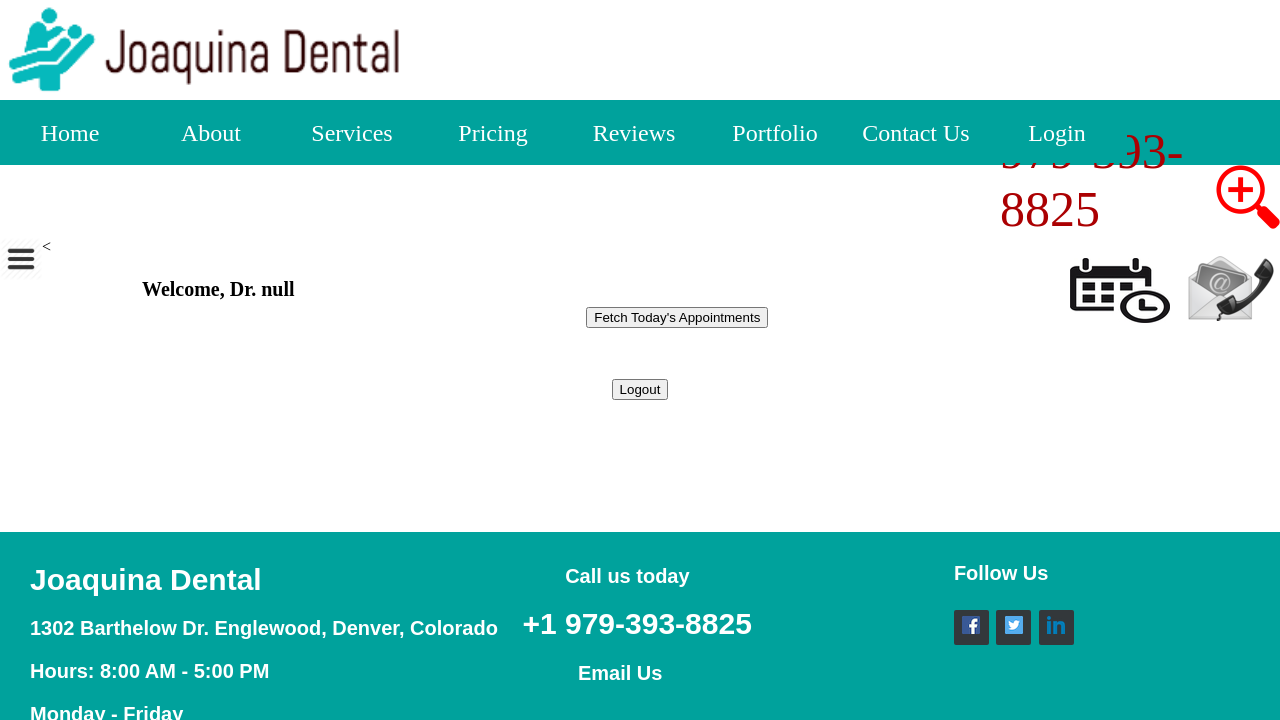
Repository: ManjushaBolishetty/test
Page: http://localhost/test/DentistHomePage.jsp
An editor plug-in stored every save of this project. The page is shown before and after the next save, followed by the edit.
The browser window is 1280 px wide. The pictures show the whole page.
The page is served by Tomcat 9.

Above is the page before, as saved 2016-04-03 16:28:41.
Console error: TypeError: document.ready is not a function

After the next save:
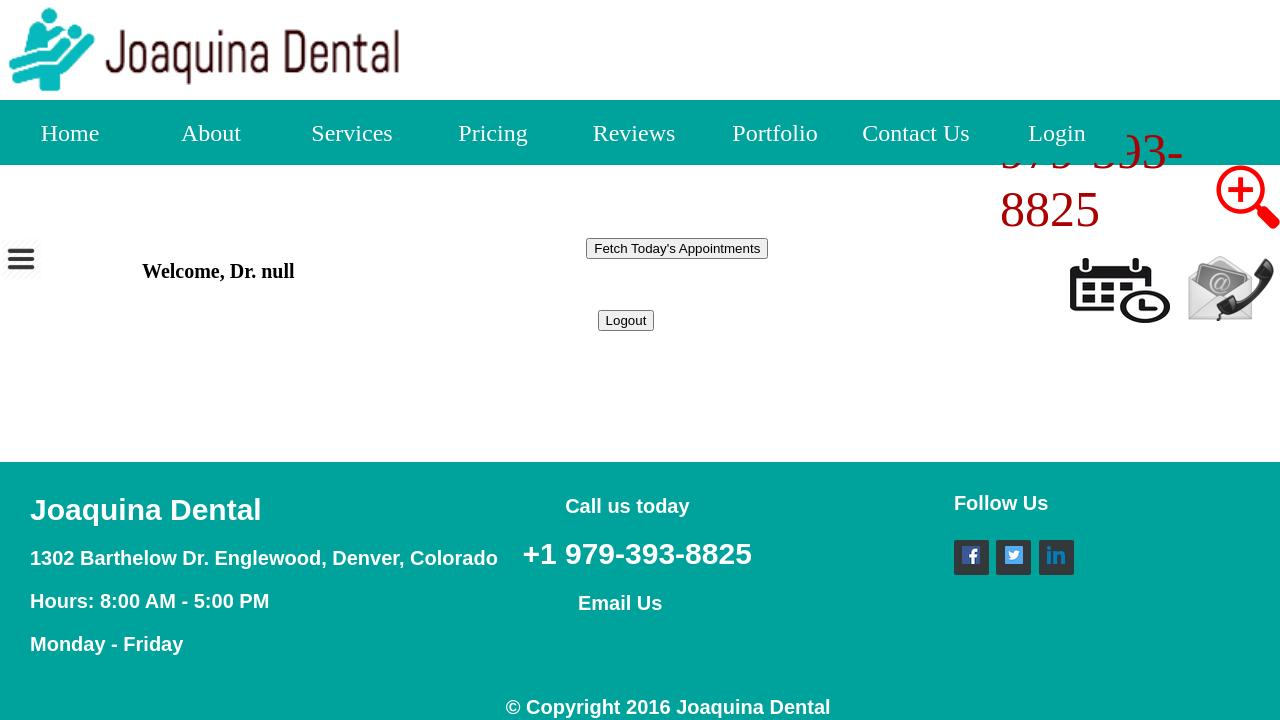
Saved 18 s later.
--- a/test/WebContent/DentistHomePage.jsp
+++ b/test/WebContent/DentistHomePage.jsp
@@ -9,7 +9,7 @@
 	<meta name="viewport" content="width=device-width, initial-scale=1">
 <link href="CSS/ResponsiveForm.css" rel="stylesheet" type="text/css" />
 <script src="http://code.jquery.com/jquery-latest.js">  </script>
-    <<title>My Appointments</title>
+    <title>My Appointments</title>
 </head>
 <script type="text/javascript">
 $(document.ready(function(){
